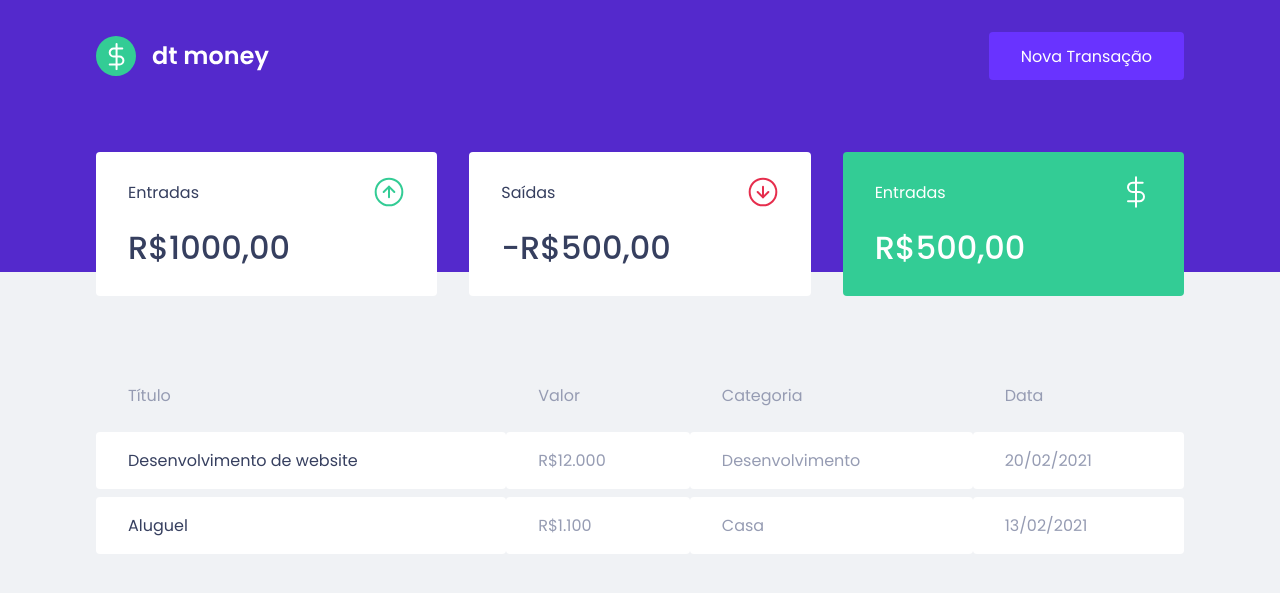
Repository: FreitasGabriel/dtmoney
Page: /
An editor plug-in stored every save of this project. The page is shown before and after the next save, followed by the edit.
The browser window is 1280 px wide. The pictures show the whole page.
The project was rebuilt for these pictures with package versions that can differ from the ones it lists, and the page was loaded fresh each time.

Above is the page before, as saved 2021-03-16 19:15:51.

After the next save:
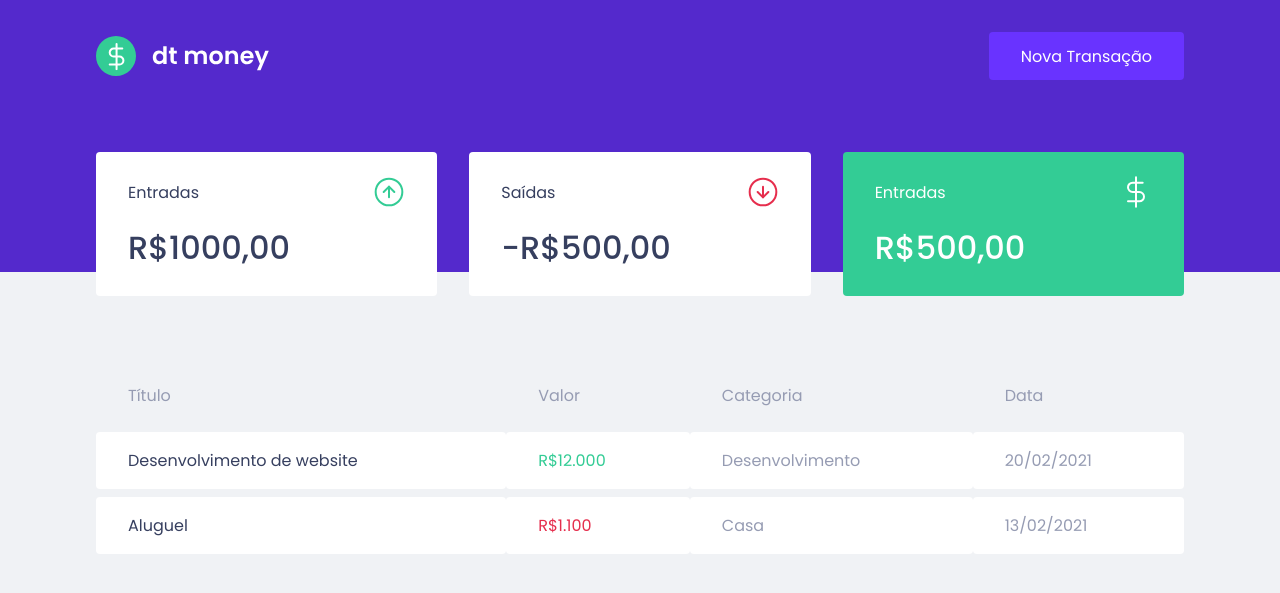
Saved 39 s later.
--- a/src/components/TransactionsTable/styles.ts
+++ b/src/components/TransactionsTable/styles.ts
@@ -26,6 +26,14 @@ export const Container = styled.div`
             &:first-child{
                 color: var(--text-title)
             }
+
+            &.deposit{
+                color: var(--green)
+            }
+
+            &.withdraw{
+                color: var(--red)
+            }
         }
     }
 `
